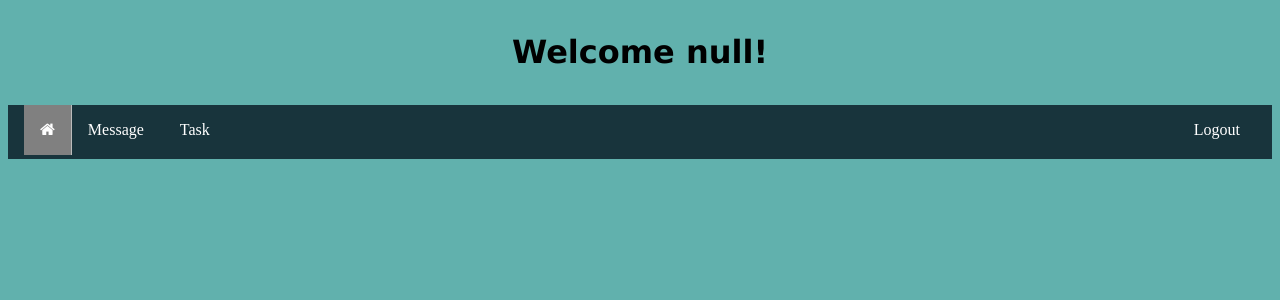
Repository: orsolyanemet/WebProject
Page: http://localhost/Project/userhome.jsp
An editor plug-in stored every save of this project. The page is shown before and after the next save, followed by the edit.
The browser window is 1280 px wide. The pictures show the whole page.
The page is served by Tomcat 9. Nobody is signed in. The application's start-up code is not run.

Above is the page before, as saved 2018-06-11 21:04:16.

After the next save:
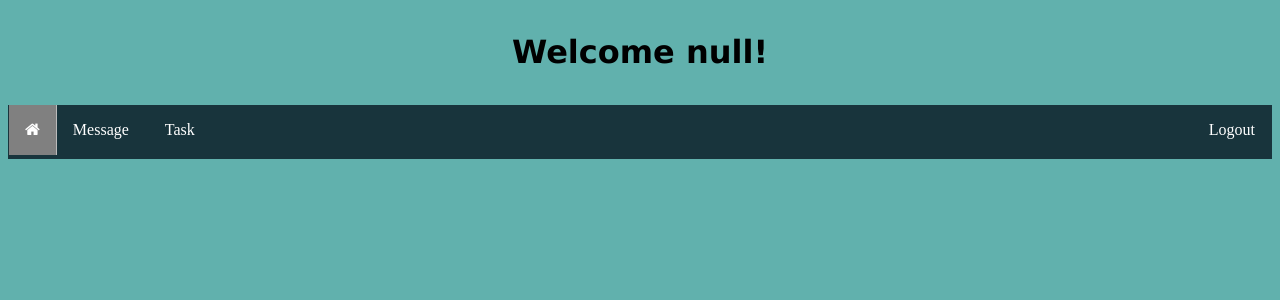
Saved 21 s later.
--- a/Project/WebContent/styles/userhome.css
+++ b/Project/WebContent/styles/userhome.css
@@ -17,7 +17,7 @@ h2, h3, h4 {
 ul {
 	list-style-type: none;
 	margin: 0;
-	padding: 0px 16px;
+	padding: 0px 1px;
 	overflow: hidden;
 	background-color: #18343c;
 }
